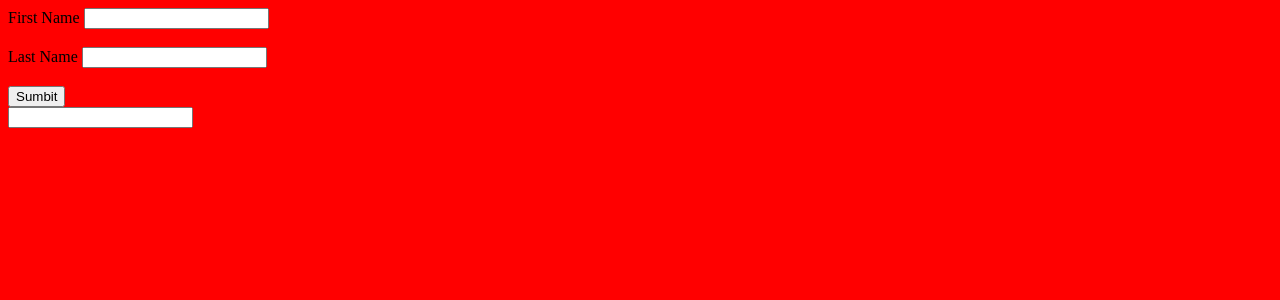
Repository: Fariaddd/codefactor-stylesheet
Page: index.html
The author's editor kept a copy of each file at every save. The page is drawn from the files as they stood at one save, then again after the next save.
The browser window is 1280 px wide. The pictures show the whole page.

Above is the page before, as saved 2021-11-17 19:14:05.

### index.html
<!DOCTYPE html>
<html lang="en">
  <head>
    <meta charset="UTF-8" />
    <meta http-equiv="X-UA-Compatible" content="IE=edge" />
    <meta name="viewport" content="width=device-width, initial-scale=1.0" />
    <title>Document</title>
    <link rel="stylesheet" href="./styles/styles.css" />
  </head>
  <body>
    <form action="/action_page.php">
      <label for="firstname">First Name</label>
      <input type="text" id="firstname" name="firstname" /><br /><br />
      <label for="lastname">Last Name</label>
      <input type="text" id="lastname" name="lastname" /><br /><br />
      <input type="submit" value="Sumbit" />
    </form>

    <input list="browsers" />

    <datalist id="browsers">
      <option value="Internet Explorer"></option>
      <option value="Firefox"></option>
      <option value="Google Chrome"></option>
      <option value="Opera"></option>
      <option value="Safari"></option>
    </datalist>
  </body>
</html>

### styles/styles.css
body {
  background-color: red;
}
h1 {
  font-size: 26px;
  color: purple;
}

p {
  font-size: 16px;
  color: royalblue;
}

After the next save:
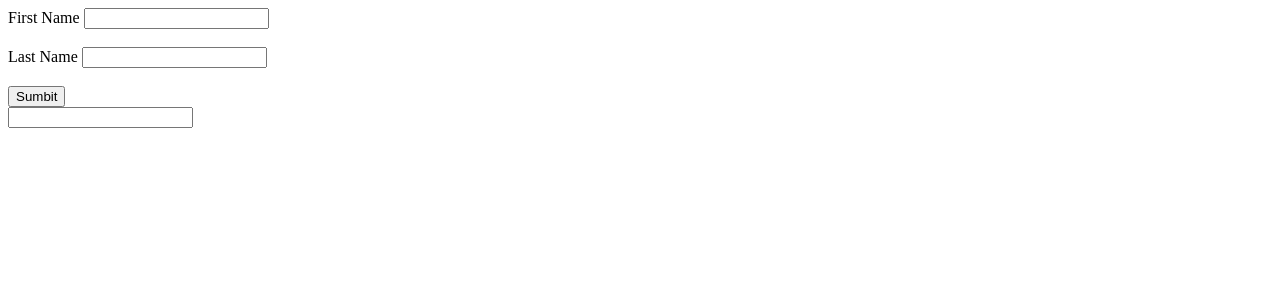
Saved 16 s later.
--- a/styles/styles.css
+++ b/styles/styles.css
@@ -1,7 +1,4 @@
-body {
-  background-color: red;
-}
-h1 {
+body h1 {
   font-size: 26px;
   color: purple;
 }
